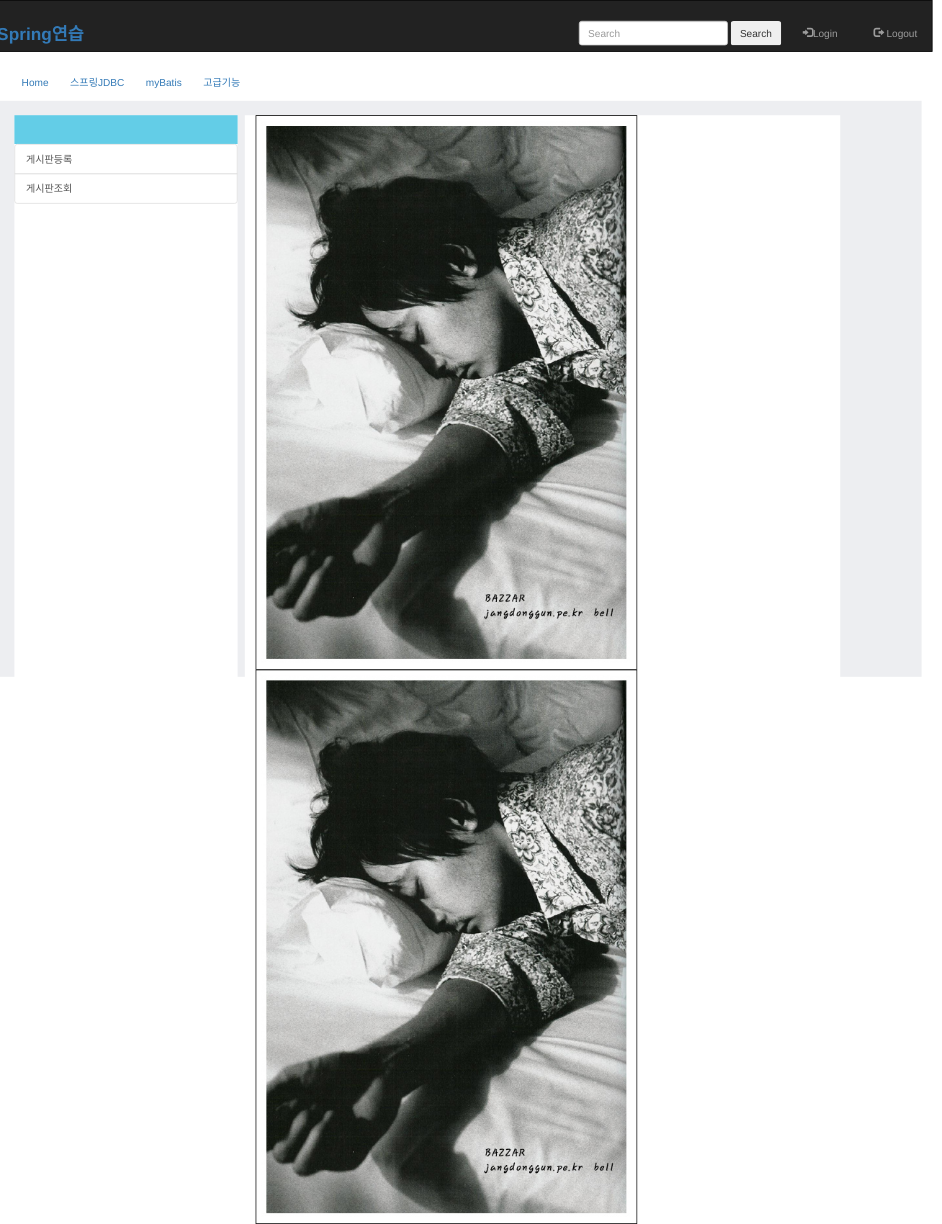
Repository: snowcuphea/stswork
Page: http://localhost/springmvc/template/mybatisLayout.jsp
The author's editor kept a copy of each file at every save. The page is drawn from the files as they stood at one save, then again after the next save.
The browser window is 1280 px wide. The page is 1309 px wide, so the pictures cover 1309 px, including what lies to the right of the window. The pictures show the whole page, at 72% of full size.
The page is served by Tomcat 9. Other server files are loaded and not shown.

Above is the page before, as saved 2020-01-29 07:13:06.

### springmvc/WebContent/template/mybatisLayout.jsp
<%@ page language="java" contentType="text/html; charset=UTF-8"
	pageEncoding="UTF-8"%>
<!DOCTYPE html>
<html>
<head>
<meta charset="UTF-8">
<meta name="viewport" content="width=device-width, initial-scale=1">

   <link rel="stylesheet" href="/springmvc/common/css/main.css" />
  <link rel="stylesheet" href="https://maxcdn.bootstrapcdn.com/bootstrap/3.3.7/css/bootstrap.min.css">
  <script src="https://ajax.googleapis.com/ajax/libs/jquery/3.3.1/jquery.min.js"></script>
  <script src="https://maxcdn.bootstrapcdn.com/bootstrap/3.3.7/js/bootstrap.min.js"></script>
<style>
	/* Remove the navbar's default margin-bottom and rounded borders */
	.navbar {
		margin-bottom: 0;
		border-radius: 0;
	}
	/*  #toparea{
		padding: 30px;
	}  */
	/* body{
		background-color: #edeef1
	} */
</style>
<title>Insert title here</title>
</head>
<body>	<!-- 첫번째 로우 : top연결 -->
		<div id="top" class="row">
			<jsp:include page="top.jsp"></jsp:include>

		</div>
		<!-- 두번째 로우 : 3대8로 나눠놓음  -->
		<div style="background-color: #edeef1;padding: 20px;height: 800px">

			<div class="row" style="margin-left: auto;margin-right: auto;">
			 	<div class="col-sm-3"
			 	style="background-color: white;margin-right:10px;padding: 0px ">
			 		 <div style="border-color:white;height: 800px;">
					<div style="background-color: #63cde7; padding: 20px; font-family: HY-견고딕; font-size: 16pt; color: white; font-weight: bolder;"></div>
					<jsp:include page="../menu/mybatis_menu.jsp"/>
      				 </div>
			 	</div>
			 	<div class="col-sm-8" style="background-color: white;height: 800px;">
			 	<jsp:include page="content.jsp"/>


			 	</div>
			</div>
	</div>
</body>
</html>

### springmvc/WebContent/template/top.jsp
<%@ page language="java" contentType="text/html; charset=UTF-8"
	pageEncoding="UTF-8"%>
<!DOCTYPE html>
<html>
<head>
<meta charset="UTF-8">
<meta name="viewport" content="width=device-width, initial-scale=1">
<link rel="stylesheet" href="/springmvc/common/css/main.css" />
<link rel="stylesheet"
	href="https://maxcdn.bootstrapcdn.com/bootstrap/3.3.7/css/bootstrap.min.css">
<script
	src="https://ajax.googleapis.com/ajax/libs/jquery/3.3.1/jquery.min.js"></script>
<script
	src="https://maxcdn.bootstrapcdn.com/bootstrap/3.3.7/js/bootstrap.min.js"></script>
<style>
/* Remove the navbar's default margin-bottom and rounded borders */
.navbar {
	margin-bottom: 0;
	border-radius: 0;
}
/*  #toparea{
		padding: 30px;
	}  */
/* body{
		background-color: #edeef1
	} */
</style>
<title>Insert title here</title>
</head>
<body>

	<div style="height: 90px" style="padding:10px">
		<div id="toparea" class="navbar navbar-inverse">
			<a href="#"
				style="position: absolute; top: 30px; font-size: 18pt; font-weight: bolder; text-decoration: none; padding-left: 10px">Spring연습</a>
			<ul class="nav navbar-nav navbar-right"
				style="position: relative; top: 20px">
				<li style="margin-right: 20px; height: 70px"><a
					href="/annotation/view/emp/loginView.do"><span
						class="glyphicon glyphicon-log-in"> </span>Login</a></li>
				<li style="margin-right: 20px; height: 70px"><a
					href="/annotation/emp/logout.do"><span
						class="glyphicon glyphicon-log-out"></span> Logout</a></li>
			</ul>



			<form class="navbar-form pull-right"
				style="position: relative; top: 20px">
				<input class="form-control mr-sm-2" type="search"
					placeholder="Search" aria-label="Search">
				<button class="btn btn-outline-success my-2 my-sm-0" type="submit">Search</button>

			</form>

		</div>

	</div>
	<nav>
		<div class="container-fluid">
			<div class="collapse navbar-collapse" id="myNavbar">
				<ul class="nav navbar-nav">
					<li class="active"><a href="/annotation/index.do">Home</a></li>
					<li><a href="/annotation/menu/jdbc.do">스프링JDBC</a></li>
					<li><a href="/firstPro/template//mybatisLayout.jsp">myBatis</a></li>
					<li><a href="/annotation/menu/advanced.do">고급기능</a></li>

				</ul>

			</div>
		</div>
	</nav>
</body>
</html>

### springmvc/WebContent/menu/mybatis_menu.jsp
<%@ page language="java" contentType="text/html; charset=UTF-8"
	pageEncoding="UTF-8"%>
<!DOCTYPE html>
<html>
<head>
<meta charset="UTF-8">
<title>Insert title here</title>
</head>
<body>
	<div class="list-group">
		<a href="/annotation/board/insertView.do"	class="list-group-item">게시판등록</a>
		<a href="/annotation/board/list.do?category=all" class="list-group-item">게시판조회</a>

	</div>
</body>
</html>

### springmvc/WebContent/template/content.jsp
<%@ page language="java" contentType="text/html; charset=UTF-8"
    pageEncoding="UTF-8"%>
<!DOCTYPE html>
<html>
<head>
<meta charset="UTF-8">
<title>Insert title here</title>
</head>
<body>
	<img alt="" src="/springmvc/images/jang.jpg">
	<img alt="" src="/springmvc/images/jang.jpg">
</body>
</html>

### springmvc/WebContent/common/css/main.css
@CHARSET "EUC-KR";

#banner-wrapper {
	margin-top: 50px;
	margin-left: 30px;
	margin-right: 30px;
}

table{
	border-collapse: collapse;

}
/* td{
	font-size: 9pt;
	border-top-style:solid;
	border-top-color: #dedddf;
	border-top-width: 1px;
	height: 40px;
	border-bottom-color: #dedddf;
	border-bottom-style: solid;
	border-bottom-width: 1px;
} */

th{
	background-color: #dedddf;

}
 .boardContent{
	width: 200px;
	height: 30px;
 }
 .boardDate{
	width: 100px;height: 30px
 }
.boardContent:HOVER {
	color: #63cde7
}

### springmvc/WebContent/mybatis/main.jsp
<%@ page language="java" contentType="text/html; charset=UTF-8"
    pageEncoding="UTF-8"%>
<!DOCTYPE html>
<html>
<head>
<meta charset="UTF-8">
<title>Insert title here</title>
</head>
<body>
<h1>mybatis 메인페이지 </h1>
</body>
</html>

After the next save:
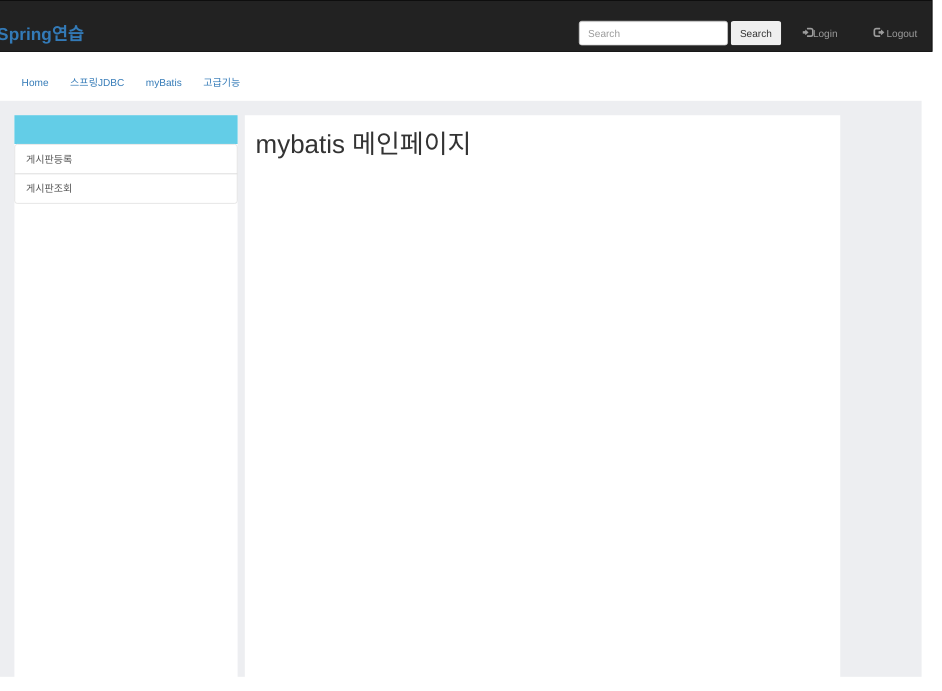
Saved 13 s later.
--- a/springmvc/WebContent/template/mybatisLayout.jsp
+++ b/springmvc/WebContent/template/mybatisLayout.jsp
@@ -42,7 +42,7 @@
       				 </div>
 			 	</div>
 			 	<div class="col-sm-8" style="background-color: white;height: 800px;">
-			 	<jsp:include page="content.jsp"/>
+			 	<jsp:include page="../mybatis/main.jsp"/>
 
 
 			 	</div>
